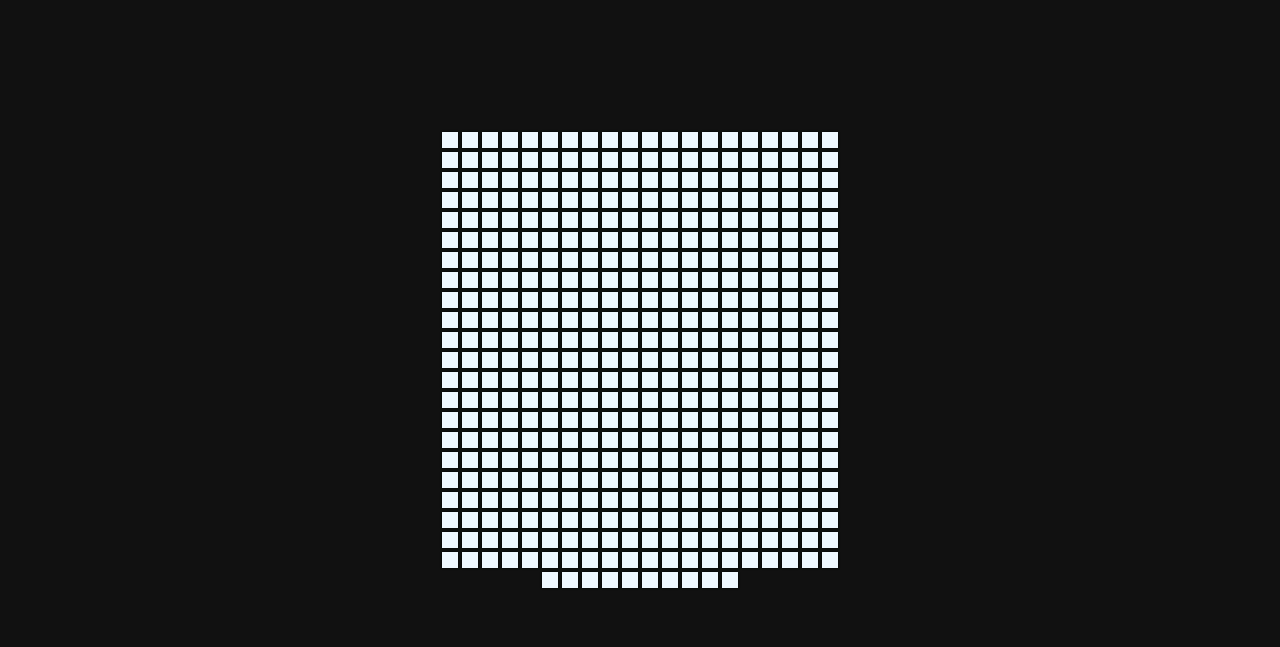
Repository: MorgunovaAlexandra/board-hover
Page: index.html
An editor plug-in stored every save of this project. The page is shown before and after the next save, followed by the edit.
The browser window is 1280 px wide. The pictures show the whole page.

Above is the page before, as saved 2022-07-01 14:43:39.

### index.html

<!DOCTYPE html>
<html lang="en">
<head>
  <meta charset="UTF-8" />
  <meta name="viewport" content="width=device-width, initial-scale=1.0" />
  <link rel="stylesheet" href="styles.css" />
  <title>Доска | Проект 4</title>
</head>
<body>
<div class="container" id="board">

</div>
<script src="./app.js"></script>
</body>
</html>

### styles.css
* {
  box-sizing: border-box;
}

body {
  background-color: #111;
  display: flex;
  align-items: center;
  justify-content: center;
  height: 100vh;
  overflow: hidden;
  margin: 0;
}
.container{
  display: flex;
  justify-content: center;
  align-items: center;
  flex-wrap: wrap;
  max-width: 400px;
}
.square{
width: 16px;
height: 16px;
background-color: aliceblue;
margin: 2px;
box-shadow: 0 0 2px black;
transition:  2s ease;
}

### app.js
const board=document.querySelector('#board')

const SQUERS_NUMBER=450;
for(let i=0;i<SQUERS_NUMBER;i++){
    const squre=document.createElement('div');
    squre.classList.add('square');
    board.append(squre)
}

After the next save:
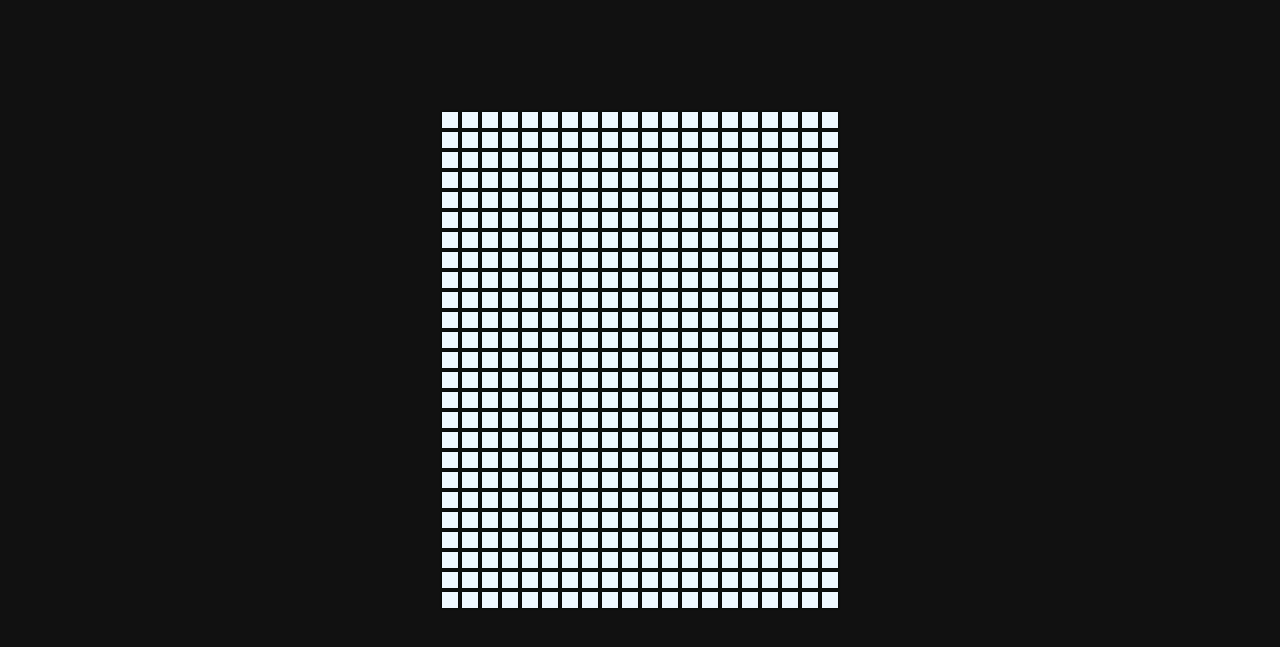
Saved 21 s later.
--- a/app.js
+++ b/app.js
@@ -1,6 +1,6 @@
 const board=document.querySelector('#board')
 
-const SQUERS_NUMBER=450;
+const SQUERS_NUMBER=500;
 for(let i=0;i<SQUERS_NUMBER;i++){
     const squre=document.createElement('div');
     squre.classList.add('square');
